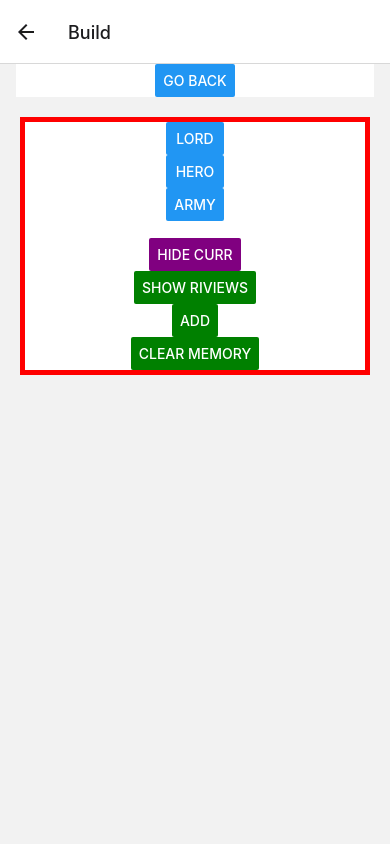
Repository: LingyuLiu11/mobile_app
Screen: /Build, after clicking the first element matching `div.r-paddingBottom-97e31f > button`
The author's editor kept a copy of each file at every save. The screen is drawn from the files as they stood at one save, then again after the next save.
The app was drawn by React Native's web renderer in a window 390 px wide. The project was rebuilt for these pictures with package versions that can differ from the ones it lists, and the page was loaded fresh each time. Also part of the build but not shown: components/Reviews.js.

Above is the screen before, as saved 2021-10-25 00:39:10.

### App.js
import * as React from 'react';
import { Image, TextInput, FlatList, StyleSheet, View, Button, Text, Animated } from 'react-native';
import { NavigationContainer } from '@react-navigation/native';

import { createStackNavigator } from '@react-navigation/stack';
import Reviews from './components/Reviews'
import AsyncStorage from '@react-native-async-storage/async-storage';
import Builds from './components/Builds'


const Separator = () => (
  <View style={styles.separator} />
);



function Main({ navigation }) {


  return (


    <div>
      <View style={styles.container}>
        <Text>Main screen</Text>
        <Separator />
        <Button
          margintop = '10'
          title="Go to Profile"
          onPress={() => navigation.navigate('Profile')}
        />
        <Separator />

      </View>
      <View style = {styles.container}>
        <Button
          margintop = '10'
          title="Go to About"
          onPress={() => navigation.navigate('About')}
        />
        <Separator />
      </View>
      <View style = {styles.container}>
        <Button
          margintop = '10'
          title="Go to Reviews"
          onPress={() => navigation.navigate('Review')}
        />
      </View>
       <Separator />

       <View style = {styles.container}>
        <Button
          margintop = '10'
          title="Build your army"
          onPress={() => navigation.navigate('Build')}
        />
      </View>

    </div>
  );
}

function Profile({ navigation }) {

  const [text, setText] = React.useState("Your name");
  return (
    <div>
      <View style={{ flex: 1, justifyContent: 'center', alignItems: 'center' }}>
        <Text>Profile screen</Text>
        <Separator />
        <Button title="Go back" onPress={() => navigation.goBack()} />
      </View>


      <View style={{ flex: 1, justifyContent: 'center', alignItems: 'center' }}>
        <TextInput
          style={styles.input}
          placeholder="Your name"
          value={text}
          onChangeText={text => setText(text)}
        />
        <Text style={{padding: 10, fontSize: 42}}>
        Hello {text.split(' ').map((word) => word ).join(' ')}
        </Text>
      </View>

      <View style={{ flex: 1, justifyContent: 'center', alignItems: 'center', flexDirection: "row" }}>
        <View style={{ flex: 1, justifyContent: 'center', alignItems: 'center' }}>
          <Image
            style={{
              resizeMode: "cover",
              height: 100,
              width: 200
            }}
            source={"https://upload.wikimedia.org/wikipedia/en/2/27/Total_War_Warhammer_3_cover_art.jpg"}
          />
          <Text>Totalwar Warhammer 3!</Text>
          </View>
        <Separator />
        <View style={{ flex: 1, justifyContent: 'center', alignItems: 'center' }}>
          <Image
            style={{
              resizeMode: "cover",
              height: 100,
              width: 200
            }}
            source={"https://www.nme.com/wp-content/uploads/2021/09/Total-Warhammer-3-Grand-Cathay-Dragon.jpg"}
          />
        <Text>Grand Cathay</Text>
        </View>
        <View style={{ flex: 1, justifyContent: 'center', alignItems: 'center' }}>

        <Image
          style={{
            resizeMode: "cover",
            height: 100,
            width: 200
          }}
          source={"https://encrypted-tbn0.gstatic.com/images?q=tbn:ANd9GcSM9n6tQzcRE8CXMXP5GXIIgYIF3wXVMZy4JA&usqp=CAU"}
        />
        <Text>Kislev</Text>
        </View>

      </View>


    </div>
  );
}

function About({ navigation }) {
  return (
    <div>
      <View style={{ flex: 1, justifyContent: 'center', alignItems: 'center' }}>
        <Text>About screen</Text>
        <Separator />
        <FlatList
          data={[
            {key: 'Lingyu Liu'},
            {key: 'CS 153A'},
            {key: 'Assignment2'},

          ]}
          renderItem={({item}) => <Text style={styles.item}>{item.key}</Text>}
        />

      </View>

      <View style = {styles.container}>
          <Button title="Go back" onPress={() => navigation.goBack()} />
      </View>
    </div>
  );
}

function Review({ navigation }) {
  return (
    <div>
      <View style = {styles.container}>
          <Button title="Go back" onPress={() => navigation.goBack()} />
      </View>
      <Reviews />
    </div>

  );
}

function Build({ navigation }) {
  return (
    <div>
      <View style = {styles.container}>
          <Button title="Go back" onPress={() => navigation.goBack()} />
      </View>
      <Builds />
    </div>

  );
}



const forFade = ({ current, next }) => {
  const opacity = Animated.add(
    current.progress,
    next ? next.progress : 0
  ).interpolate({
    inputRange: [0, 1, 2],
    outputRange: [0, 1, 0],
  });

  return {
    leftButtonStyle: { opacity },
    rightButtonStyle: { opacity },
    titleStyle: { opacity },
    backgroundStyle: { opacity },
  };
};

const Stack = createStackNavigator();

function MyStack() {
  return (
    <Stack.Navigator>
      <Stack.Screen
        name="Main"
        component={Main}
        options={{
          headerTintColor: 'white',
          headerStyle: { backgroundColor: 'tomato' },
        }}
      />
      <Stack.Screen
        name="Profile"
        component={Profile}
        options={{ headerStyleInterpolator: forFade }}
      />
      <Stack.Screen
        name="About"
        component={About}
        options={{ headerStyleInterpolator: forFade }}
      />
      <Stack.Screen
        name="Review"
        component={Review}
        options={{ headerStyleInterpolator: forFade }}
      />
      <Stack.Screen
        name="Build"
        component={Build}
        options={{ headerStyleInterpolator: forFade }}
      />



    </Stack.Navigator>
  );
}



export default function App() {
  return (
    <NavigationContainer>
      <MyStack />
    </NavigationContainer>
  );
}

const styles = StyleSheet.create({
  container: {
    flex: 1,
    justifyContent: 'center',
    alignItems: 'center',
    backgroundColor: '#fff',
    alignItems: 'center',
    justifyContent: 'center',
    marginHorizontal: 16,
  },
  separator: {
    marginVertical: 8,
    borderBottomColor: '#737373',
    borderBottomWidth: StyleSheet.hairlineWidth,
  },
  item: {
    padding: 10,
    fontSize: 18,
    height: 44,
  },
  input: {
    height: 40,
    margin: 12,
    borderWidth: 1,
    padding: 10,
  },
});

### components/Builds.js
import React, { useState, useEffect } from "react";
import { Image, TextInput, FlatList, StyleSheet, View, Button, Text, Animated, SafeAreaView, StatusBar } from 'react-native';
import AsyncStorage from '@react-native-async-storage/async-storage';

const Separator = () => (
    <View style={styles.separator} />
  );

const Builds = () => {
    const [builds, setBuilds] = useState([]);
    const [debugging,setDebugging] = useState(false)
    const [curr,setCurr] = useState('')
    const [currlooking,setCurrlooking] = useState(false)

    useEffect(() => {getData()}, []);

    let debugView = "";
  if (debugging) {
    debugView =
      <View>
          {builds.map((build) =>
          <View><Text style ={{color:'red'}}>{build}</Text></View>
        )}
        <Separator />
      </View>

  }

  let currView = "";
  if (debugging) {
    currView =
      <View>

          <Text style ={{color:'blue'}}>{curr}</Text>

        <Separator />
      </View>
}



    const storeData = async (value) => {
        try {
          const jsonValue = JSON.stringify(value)
          await AsyncStorage.setItem('@reviews', jsonValue)
          console.log('just stored '+jsonValue)
        } catch (e) {
          console.dir(e)
        }
    }

    const getData = async() => {
      try {
        const jsonValue = await AsyncStorage.getItem('@reviews')
        let data = null
        if (jsonValue != null) {
          data = JSON.parse(jsonValue)
          setBuilds(data);
          setCurr('');
        } else {
          setBuilds([]);
          setCurr('')

        }
      } catch (e) {
        console.dir(e)
      }

    }



    const clearAll = async () => {
        try {
          console.log('in clearData')
          await AsyncStorage.clear()
        } catch(e) {
          console.log("error in clearData ")
          console.dir(e)
          // clear error
        }
  }


    const DATA = [
        {
          id: 'bd7acbea-c1b1-46c2-aed5-3ad53abb28ba',
          title: 'Lord',
        },
        {
          id: '3ac68afc-c605-48d3-a4f8-fbd91aa97f63',
          title: 'Hero',
        },
        {
          id: '58694a0f-3da1-471f-bd96-145571e29d72',
          title: 'Army',
        },
      ];

      const Item = ({ title }) => {
        return (
          <View style={styles.item}>
            <Button style={styles.title} title={title }
                onPress={()=> {
                    const newCurr = curr.concat(title + ' ');
                    setCurr(newCurr);
                    storeData(newCurr);
                  }}

            />
          </View>
        );
      }

        const renderItem = ({ item }) => (
          <Item title={item.title} />
        )
      return (
        <SafeAreaView style={styles.container}>
          <FlatList
            data={DATA}
            renderItem={renderItem}
            keyExtractor={item => item.id}
          />
          <Separator />
          <Button
                  title={(currlooking?'hide':'show')+" Curr" }
                  color="purple"
                  onPress = {() => setCurrlooking(!currlooking)}
                  />
          <currView/>
      <Button
                  title={(debugging?'hide':'show')+" Riviews" }
                  color="green"
                  onPress = {() => setDebugging(!debugging)}
                  />
                  {debugView}

                  <Button
          color="green"
          title="Add"
          onPress={()=> {
            const newBuilds = builds.concat(curr);
            setBuilds(newBuilds);
            storeData(newBuilds);
            setCurr('');
          }}/>
          <Button
                  color='green' title='Clear memory'
                  onPress = {() => {
                        console.log('clearing memory');
                        clearAll()
                      }}
                />
        </SafeAreaView>


      );
}

const styles = StyleSheet.create({
    container: {
        flex: 1,
        flexDirection:'column',
        backgroundColor: '#fff',
        alignItems: 'center',
        justifyContent: 'center',
        border: "thick solid red",
        margin:"20px",
        padding:"20px",
      },
      separator: {
      marginVertical: 8,
      borderBottomColor: '#737373',
      borderBottomWidth: StyleSheet.hairlineWidth,
    },
  });

export default Builds;

After the next save:
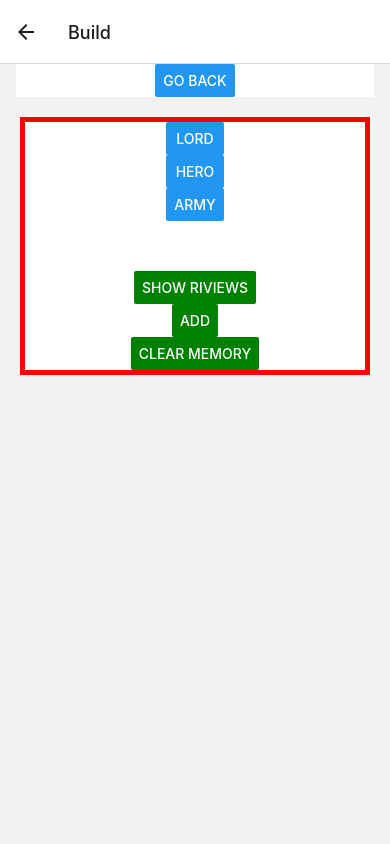
Saved 4 s later.
--- a/components/Builds.js
+++ b/components/Builds.js
@@ -124,9 +124,9 @@ const Builds = () => {
           />
           <Separator />
           <Button
-                  title={(currlooking?'hide':'show')+" Curr" }
-                  color="purple"
-                  onPress = {() => setCurrlooking(!currlooking)}
+                  title={(currlooking?'hide':'show')+" Riviews" }
+                  color="pruple"
+                  onPress = {() => setCurrlooking(!debugging)}
                   />
           <currView/>
       <Button
